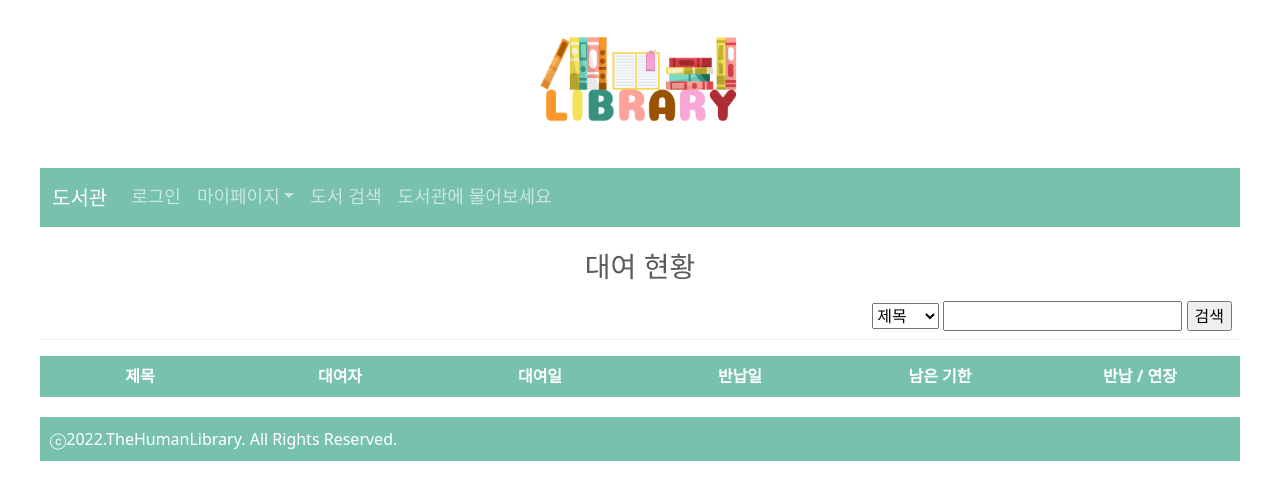
Repository: ahnbin00/Library
Page: http://localhost/BookRental/WEB-INF/book/manageRentalList.jsp
The author's editor kept a copy of each file at every save. The page is drawn from the files as they stood at one save, then again after the next save.
The browser window is 1280 px wide. The pictures show the whole page.
Some web fonts or font styles are not loaded; a fallback is used. Some web libraries are served in a nearby version. The page is served by Tomcat 9. Nobody is signed in. The template is opened directly, without the code that normally fills it, so the values that code supplies are empty.

Above is the page before, as saved 2022-12-22 06:39:57.

After the next save:
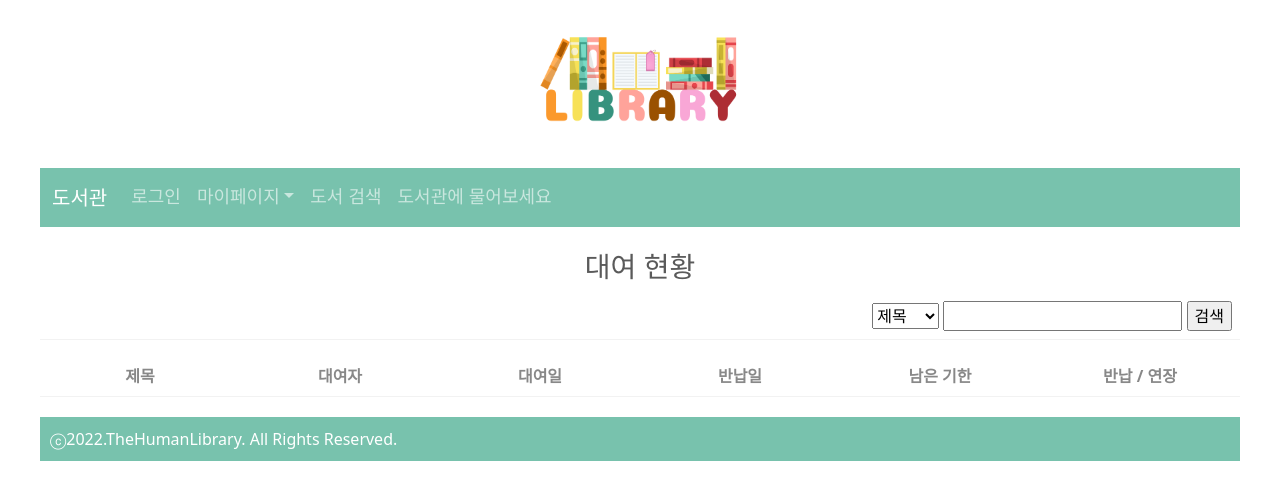
Saved 44 s later.
--- a/BookRental/src/main/webapp/WEB-INF/book/manageRentalList.jsp
+++ b/BookRental/src/main/webapp/WEB-INF/book/manageRentalList.jsp
@@ -49,8 +49,8 @@ th, td{
    </form>
 
    <!-- 목록 출력 -->
-   <table class="table table-hover">
-      <tr class="table-primary">
+   <table class="table">
+      <tr>
       <th>제목</th>
       <th>대여자</th>
       <th>대여일</th>
@@ -59,7 +59,7 @@ th, td{
       <th>반납 / 연장</th>
       </tr>
       <c:forEach var="rentalList" items="${rentalList }">
-         <tr class="table-primary">
+         <tr>
                <td>${rentalList.title }</td>
                <td>${rentalList.id }</td>
                <td>${rentalList.rentday }</td>
